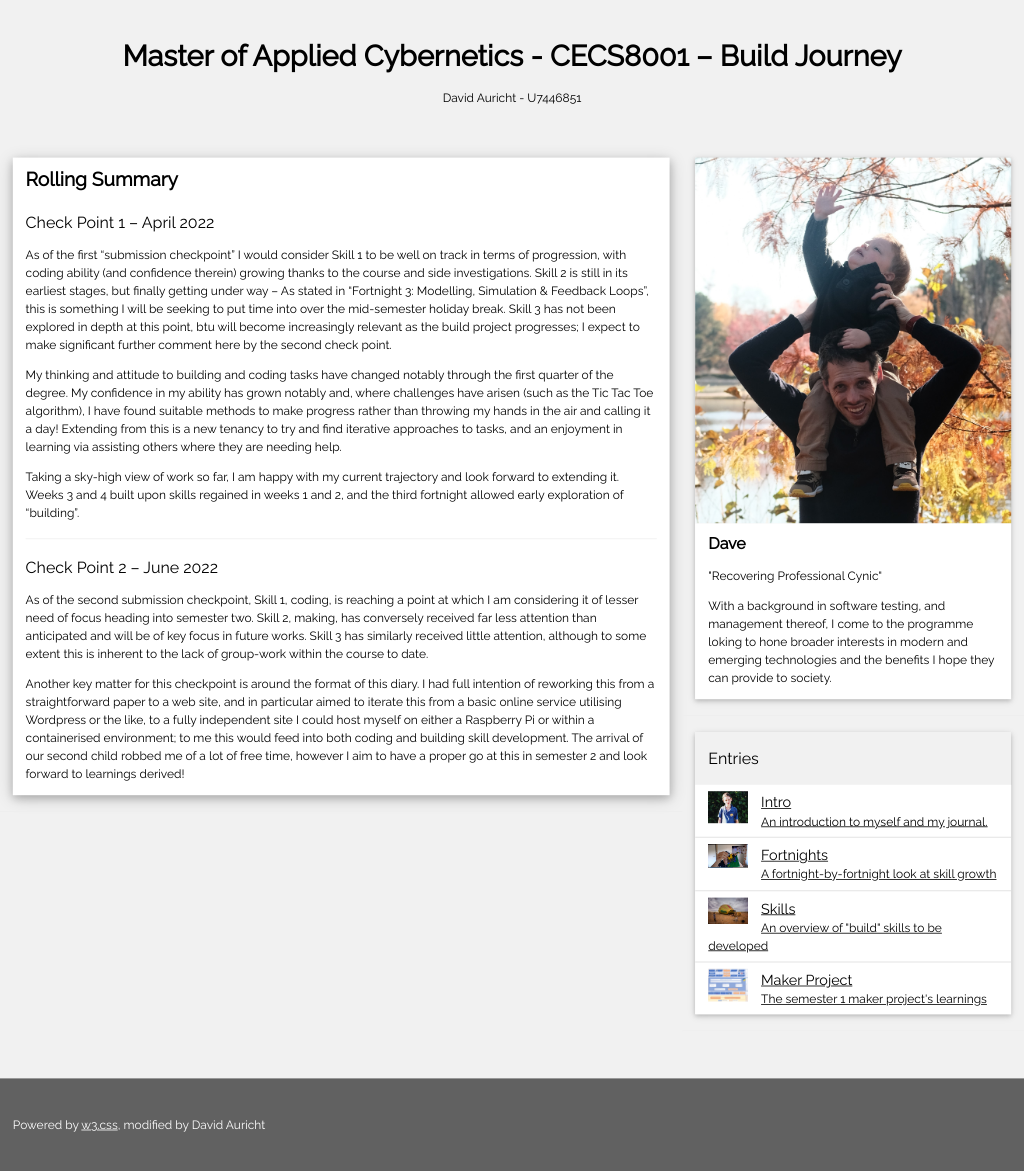
Repository: TodaysSawyer/cecs_8001_journal
Page: CECS_8001_build_journal/rolling_summary.html
These files come from the project's save history. The page is drawn as it stood at one moment and after the next save; the edit follows.
The browser window is 1280 px wide. The pictures show the whole page, at 80% of full size.

Above is the page before, as saved 2022-08-23 11:01:24.

### CECS_8001_build_journal/rolling_summary.html
<!--Site layout and design credit goes to W3 Schools' "Blog template" from https://www.w3schools.com/w3css/tryw3css_templates_blog.htm-->
<!--Modifications and content by David Auricht-->

<!DOCTYPE html>
<html>
<head>
<title>David Auricht's Cybernetics Build Journal</title>
<meta charset="UTF-8">
<meta name="viewport" content="width=device-width, initial-scale=1">
<link rel="stylesheet" href="https://www.w3schools.com/w3css/4/w3.css">
<link rel="stylesheet" href="https://fonts.googleapis.com/css?family=Raleway">
<style>
body,h1,h2,h3,h4,h5 {font-family: "Raleway", sans-serif}
</style>
</head>
<body class="w3-light-grey">

<!-- w3-content defines a container for fixed size centered content,
and is wrapped around the whole page content, except for the footer in this example -->
<div class="w3-content" style="max-width:1400px">

<!-- Header -->
<header class="w3-container w3-center w3-padding-32">
  <h1><b>Master of Applied Cybernetics - CECS8001 – Build Journey</b></h1>
  <p>David Auricht - U7446851</p>
</header>

<!-- Grid -->
<div class="w3-row">

<!-- Blog entries -->
<div class="w3-col l8 s12">
  <!-- Blog entry -->
  <div class="w3-card-4 w3-margin w3-white">
    <div class="w3-container">
      <h3><b>Rolling Summary</b></h3>
    </div>

    <div class="w3-container">
      <h4>Check Point 1 – April 2022</h4>
      <p>As of the first “submission checkpoint” I would consider Skill 1 to be well on track in terms of progression, with coding ability (and confidence therein) growing thanks to the course and side investigations. Skill 2 is still in its earliest stages, but finally getting under way – As stated in “Fortnight 3: Modelling, Simulation & Feedback Loops”, this is something I will be seeking to put time into over the mid-semester holiday break. Skill 3 has not been explored in depth at this point, btu will become increasingly relevant as the build project progresses; I expect to make significant further comment here by the second check point. </p>
      <p>My thinking and attitude to building and coding tasks have changed notably through the first quarter of the degree. My confidence in my ability has grown notably and, where challenges have arisen (such as the Tic Tac Toe algorithm), I have found suitable methods to make progress rather than throwing my hands in the air and calling it a day! Extending from this is a new tenancy to try and find iterative approaches to tasks, and an enjoyment in learning via assisting others where they are needing help.</p>
      <p>Taking a sky-high view of work so far, I am happy with my current trajectory and look forward to extending it. Weeks 3 and 4 built upon skills regained in weeks 1 and 2, and the third fortnight allowed early exploration of “building”.</p>
      <hr>

      <h4>Check Point 2 – June 2022</h4>
      <p>As of the second submission checkpoint, Skill 1, coding, is reaching a point at which I am considering it of lesser need of focus heading into semester two. Skill 2, making, has conversely received far less attention than anticipated and will be of key focus in future works. Skill 3 has similarly received little attention, although to some extent this is inherent to the lack of group-work within the course to date.</p>
      <p>Another key matter for this checkpoint is around the format of this diary. I had full intention of reworking this from a straightforward paper to a web site, and in particular aimed to iterate this from a basic online service utilising Wordpress or the like, to a fully independent site I could host myself on either a Raspberry Pi or within a containerised environment; to me this would feed into both coding and building skill development. The arrival of our second child robbed me of a lot of free time, however I aim to have a proper go at this in semester 2 and look forward to learnings derived!</p>

    </div>
  </div>
  <hr>
<!-- END BLOG ENTRIES -->
</div>

<!-- Sidebar -->
<div class="w3-col l4">
  <!-- About Card -->
  <div class="w3-card w3-margin w3-margin-top">
  <img src="home_dave_profile.jpg" style="width:100%">
    <div class="w3-container w3-white">
      <h4><b>Dave</b></h4>
      <p>"Recovering Professional Cynic"</p>
      <p>With a background in software testing, and management thereof, I come to the programme loking to hone broader interests in modern and emerging technologies and the benefits I hope they can provide to society.</p>
    </div>
  </div><hr>

  <!-- Posts -->
  <div class="w3-card w3-margin">
    <div class="w3-container w3-padding">
      <h4>Entries</h4>
    </div>
    <ul class="w3-ul w3-hoverable w3-white">
      <li>
         <a href="index.html" target="_self">
         <img src="sidebar_intro_icon.jpg" alt="Image" class="w3-left w3-margin-right" style="width:50px">
         <span class="w3-large">Intro</span><br>
         <span>An introduction to myself and my journal.</span>
         </a>
      </li>
      <li>
        <a href="fortnights.html" target="_self">
        <img src="fortnights_f4_screenshot.jpg" alt="Image" class="w3-left w3-margin-right" style="width:50px">
        <span class="w3-large">Fortnights</span><br>
        <span>A fortnight-by-fortnight look at skill growth</span>
        </a>
     </li>
      <li>
        <a href="skills.html" target="_self">
        <img src="skills_balloon.jpg" alt="Image" class="w3-left w3-margin-right" style="width:50px">
        <span class="w3-large">Skills</span><br>
        <span>An overview of "build" skills to be developed</span>
        </a>
     </li>
     <li>
      <a href="maker_project.html" target="_self">
      <img src="maker_schematic.jpg" alt="Image" class="w3-left w3-margin-right" style="width:50px">
      <span class="w3-large">Maker Project</span><br>
      <span>The semester 1 maker project's learnings</span>
      </a>
   </li>
    </ul>
  </div>
  <hr>

<!-- END Sidebar -->
</div>

<!-- END GRID -->
</div><br>

<!-- END w3-content -->
</div>

<!-- Footer -->
<footer class="w3-container w3-dark-grey w3-padding-32 w3-margin-top">
  <p>Powered by <a href="https://www.w3schools.com/w3css/default.asp" target="_blank">w3.css</a>, modified by David Auricht</p>
</footer>

</body>
</html>

After the next save:
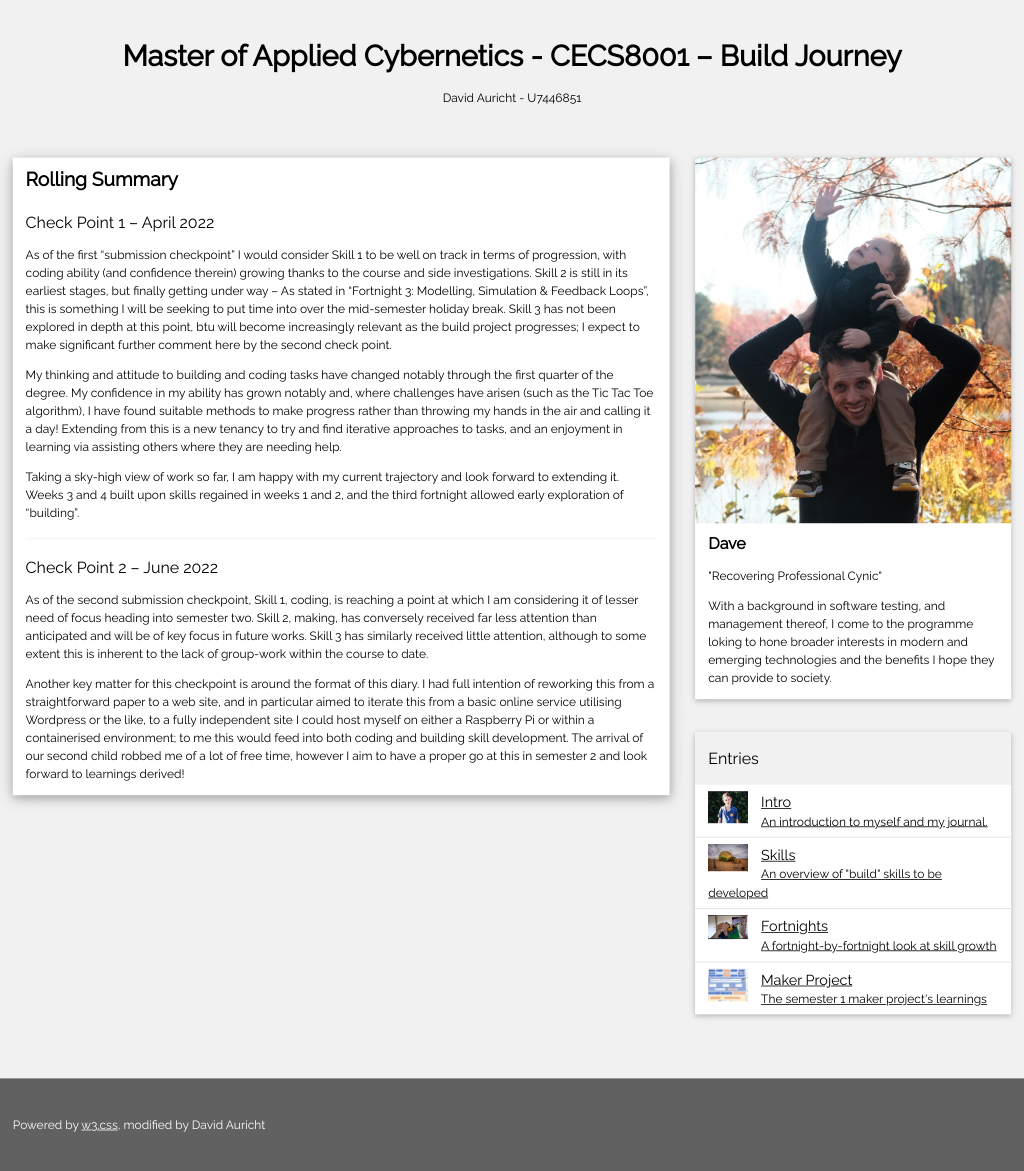
Saved 18 s later.
--- a/CECS_8001_build_journal/rolling_summary.html
+++ b/CECS_8001_build_journal/rolling_summary.html
@@ -79,17 +79,17 @@ and is wrapped around the whole page content, except for the footer in this exam
          </a>
       </li>
       <li>
+        <a href="skills.html" target="_self">
+        <img src="skills_balloon.jpg" alt="Image" class="w3-left w3-margin-right" style="width:50px">
+        <span class="w3-large">Skills</span><br>
+        <span>An overview of "build" skills to be developed</span>
+        </a>
+     </li>
+      <li>
         <a href="fortnights.html" target="_self">
         <img src="fortnights_f4_screenshot.jpg" alt="Image" class="w3-left w3-margin-right" style="width:50px">
         <span class="w3-large">Fortnights</span><br>
         <span>A fortnight-by-fortnight look at skill growth</span>
-        </a>
-     </li>
-      <li>
-        <a href="skills.html" target="_self">
-        <img src="skills_balloon.jpg" alt="Image" class="w3-left w3-margin-right" style="width:50px">
-        <span class="w3-large">Skills</span><br>
-        <span>An overview of "build" skills to be developed</span>
         </a>
      </li>
      <li>
